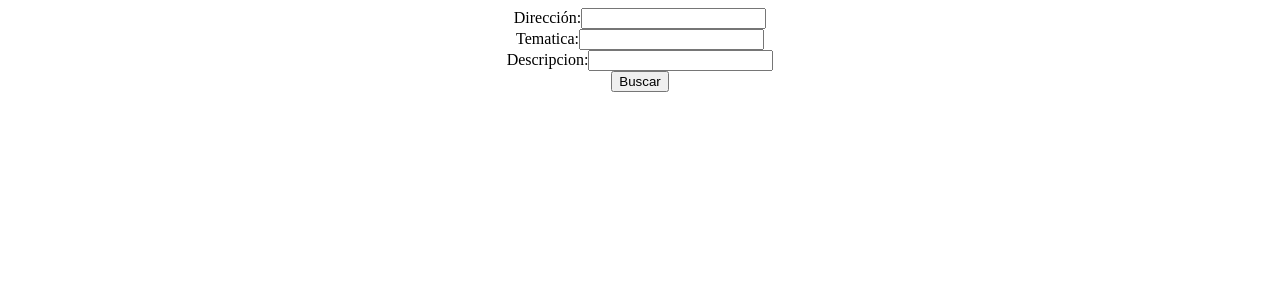
Repository: conmarred/wsSpring
Page: http://localhost/02_buscador_spring/addPagina.jsp
These files come from the project's save history. The page is drawn as it stood at one moment and after the next save; the edit follows.
The browser window is 1280 px wide. The pictures show the whole page.
The page is served by Tomcat 9. Other server files are loaded and not shown.

Above is the page before, as saved 2022-04-18 10:43:26.

### 02_buscador_spring/src/main/webapp/addPagina.jsp
<%@ page language="java" contentType="text/html; charset=ISO-8859-1"
    pageEncoding="ISO-8859-1"%>
<!DOCTYPE html>
<html>
<head>
<meta charset="ISO-8859-1">
<title>Insert title here</title>
</head>
<body>
	<center>
		<form action="Buscador">
			Dirección:<input type="text" name="direccion"><br>
			Tematica:<input type="text" name="tematica"><br>
			Descripcion:<input type="text" name="descripcion"><br>
			<input type="submit" value="Buscar">
		</form>

	</center>
</body>
</html>

After the next save:
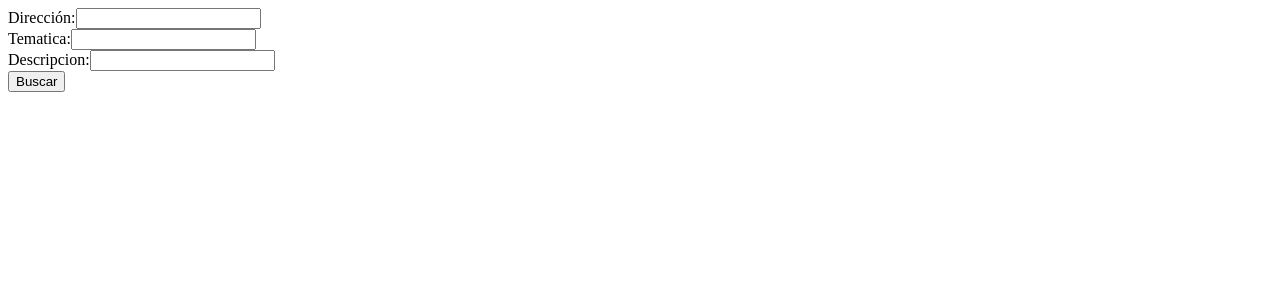
Saved 21 s later.
--- a/02_buscador_spring/src/main/webapp/addPagina.jsp
+++ b/02_buscador_spring/src/main/webapp/addPagina.jsp
@@ -7,7 +7,6 @@
 <title>Insert title here</title>
 </head>
 <body>
-	<center>
 		<form action="Buscador">
 			Dirección:<input type="text" name="direccion"><br>
 			Tematica:<input type="text" name="tematica"><br>
@@ -15,6 +14,5 @@
 			<input type="submit" value="Buscar">
 		</form>
 
-	</center>
 </body>
 </html>
